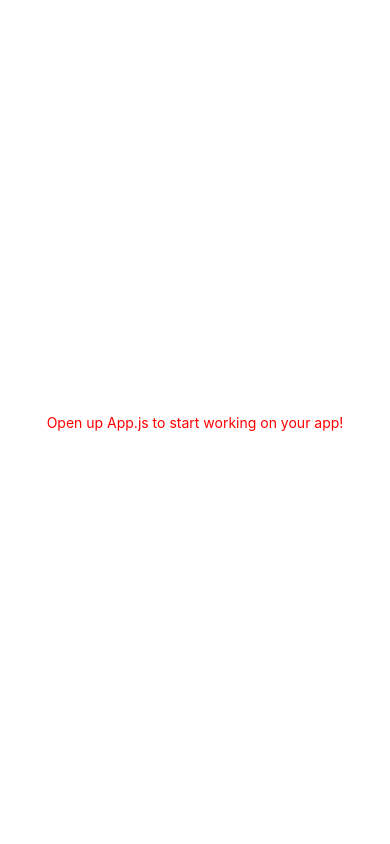
Repository: akinmiday/ReactNativeApp
Screen: /
An editor plug-in stored every save of this project. The screen is shown before and after the next save, followed by the edit.
The app was drawn by React Native's web renderer in a window 390 px wide. The project was rebuilt for these pictures with package versions that can differ from the ones it lists, and the page was loaded fresh each time. Some packages were replaced by stand-ins written for this rebuild.

Above is the screen before, as saved 2023-08-03 06:36:50.

### App.js
import { StatusBar } from "expo-status-bar";
import { StyleSheet, Text, View } from "react-native";

export default function App() {
  return (
    <View style={styles.container}>
      <Text style={styles.text}>
        Open up App.js to start working on your app!
      </Text>
      <StatusBar style="auto" />
    </View>
  );
}

const styles = StyleSheet.create({
  container: {
    flex: 1,
    backgroundColor: "#fff",
    alignItems: "center",
    justifyContent: "center",
  },
  text: {
    color: "red",
  },
});

After the next save:
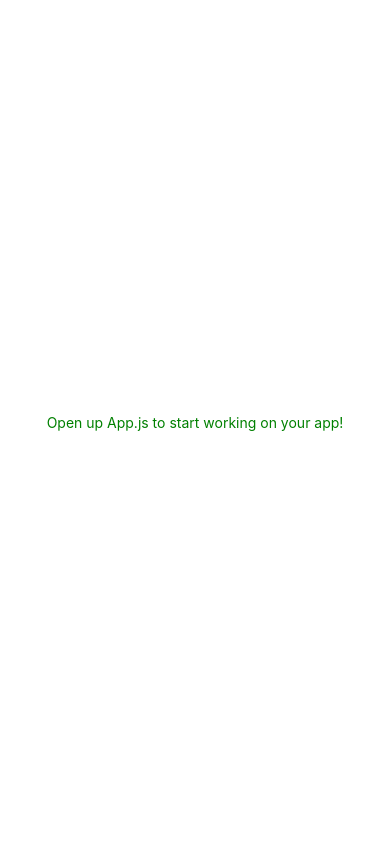
Saved 6 min 35 s later.
--- a/App.js
+++ b/App.js
@@ -20,6 +20,6 @@ const styles = StyleSheet.create({
     justifyContent: "center",
   },
   text: {
-    color: "red",
+    color: "green",
   },
 });
